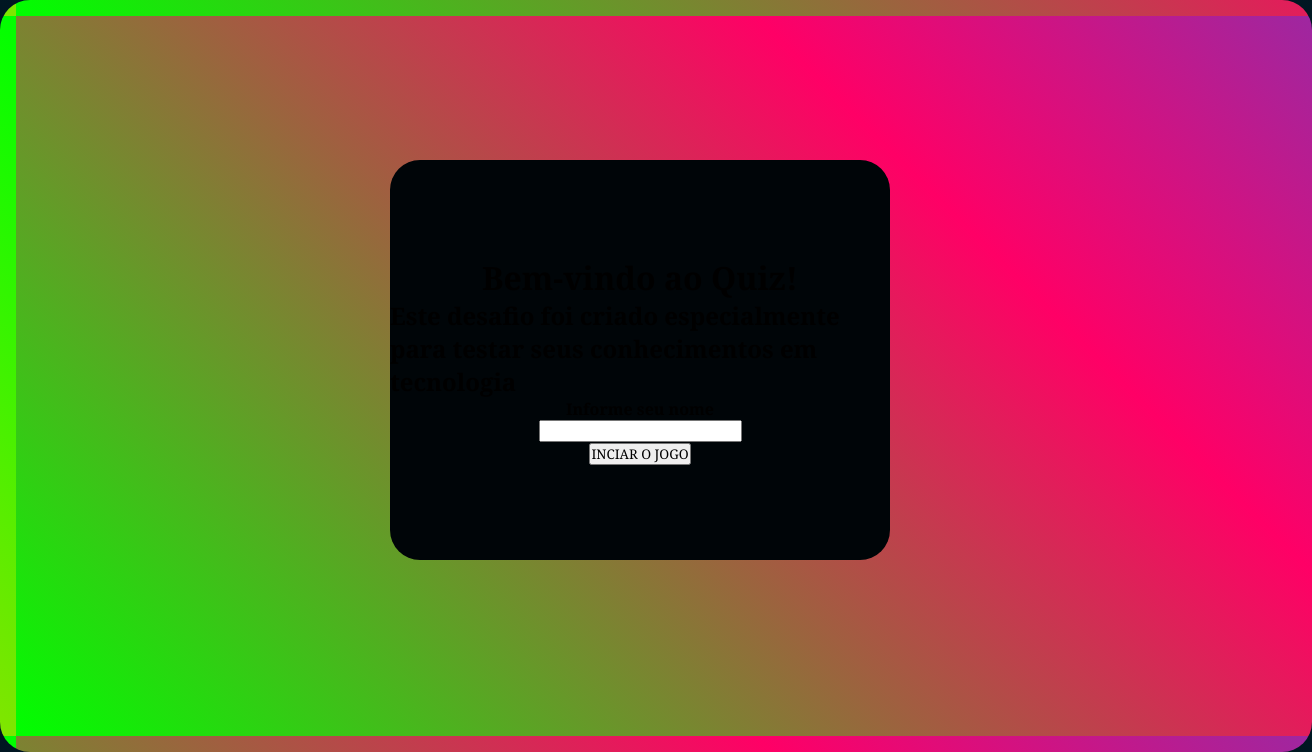
Repository: LaisSilvaO/Projeto-Quizz
Page: telas/apresentação.html
An editor plug-in stored every save of this project. The page is shown before and after the next save, followed by the edit.
The browser window is 1280 px wide. The page is 1312 px wide, then 1280 px, so the pictures cover 1312 px, including what lies to the right of the window. The pictures show the whole page.

Above is the page before, as saved 2024-12-25 19:48:58.

After the next save:
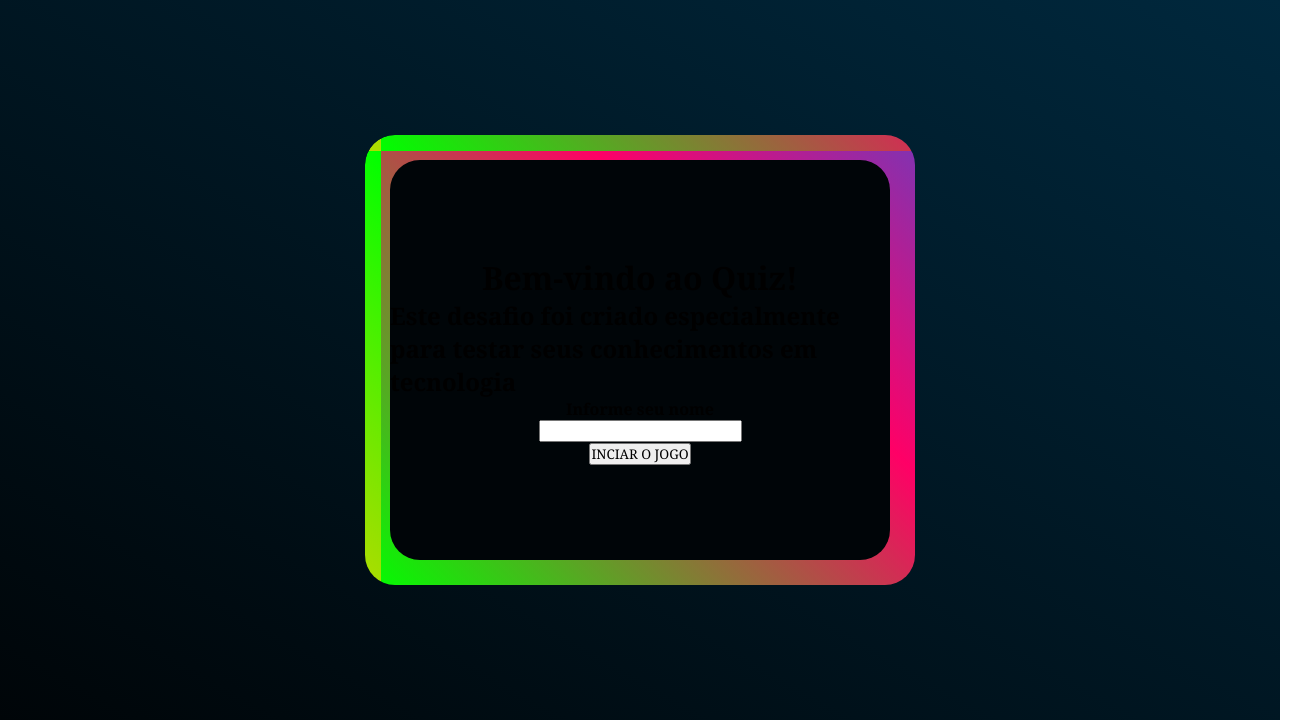
Saved 55 s later.
--- a/img/tela.css
+++ b/img/tela.css
@@ -25,6 +25,19 @@ main {
   align-items: center;
 }
 
+.box1{
+  position: relative;
+  width: 550px;
+  height: 450px;
+
+  border-radius: 30px;
+  display: flex;
+  justify-content: center;
+  align-items: center;
+  flex-direction: column;
+  overflow: hidden;
+
+}
 .box2 {
   position: relative;
   width: 500px;
